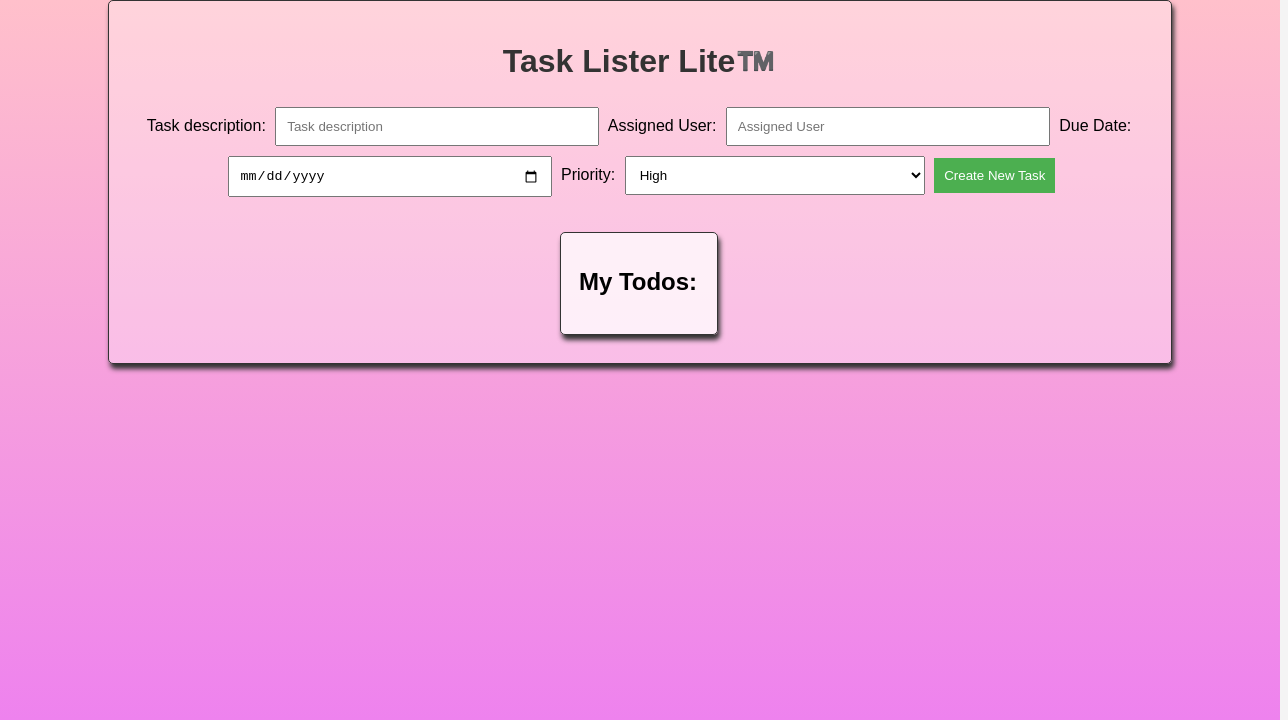
Repository: PEEZYBEE/phase-1-tasklister-mini-project
Page: index.html
The author's editor kept a copy of each file at every save. The page is drawn from the files as they stood at one save, then again after the next save.
The browser window is 1280 px wide. The page is 1280 px wide, then 1288 px, so the pictures cover 1288 px, including what lies to the right of the window. The pictures show the whole page.

Above is the page before, as saved 2025-03-15 17:46:06.

After the next save:
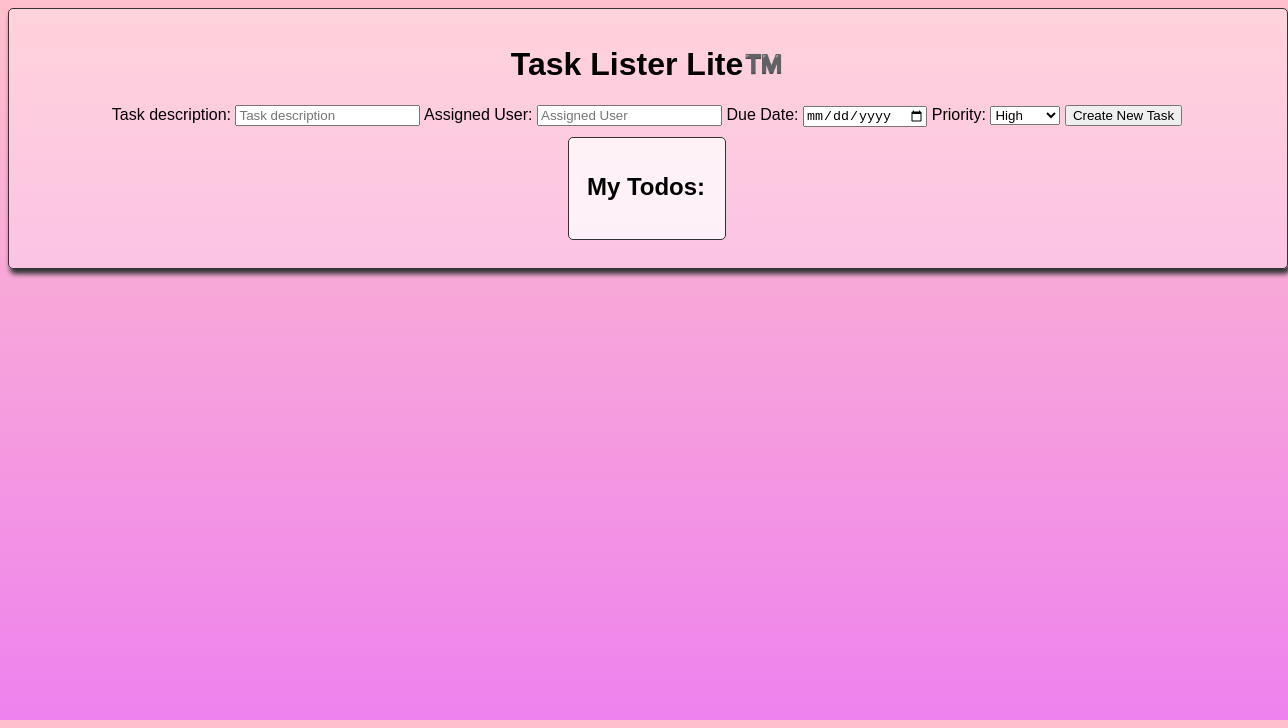
Saved 12 min 12 s later.
--- a/style.css
+++ b/style.css
@@ -33,96 +33,4 @@ button {
   background: rgba(255, 255, 255, 0.75);
   padding: 15px 20px 18px 18px;
   border-radius: 5px;
-  box-shadow: 2px 5px 5px #333;
-}
-
-/* Basic Styling for Body */
-body {
-  font-family: Arial, sans-serif;
-  background-color: #f4f4f4;
-  margin: 0;
-  padding: 0;
-}
-
-/* Main Content Container */
-#main-content {
-  width: 80%;
-  margin: 0 auto;
-  padding-top: 20px;
-  text-align: center;
-}
-
-/* Heading Styling */
-h1 {
-  color: #333;
-}
-
-/* Form Styling */
-form {
-  margin-bottom: 20px;
-}
-
-input[type="text"],
-input[type="date"],
-select {
-  padding: 10px;
-  margin: 5px;
-  width: 300px;
-}
-
-input[type="submit"] {
-  padding: 10px;
-  background-color: #4CAF50;
-  color: white;
-  border: none;
-  cursor: pointer;
-}
-
-input[type="submit"]:hover {
-  background-color: #45a049;
-}
-
-/* Task List Styling */
-#tasks {
-  list-style-type: none;
-  padding: 0;
-}
-
-li {
-  background-color: white;
-  margin: 10px 0;
-  padding: 10px;
-  border-radius: 5px;
-  display: flex;
-  justify-content: space-between;
-  align-items: center;
-  box-shadow: 0 2px 4px rgba(0, 0, 0, 0.1);
-}
-
-.delete-button {
-  background-color: #f44336;
-  color: white;
-  border: none;
-  padding: 5px 10px;
-  cursor: pointer;
-}
-
-.delete-button:hover {
-  background-color: #e53935;
-}
-
-.edit-button {
-  background-color: #ffa500;
-  color: white;
-  border: none;
-  padding: 5px 10px;
-  cursor: pointer;
-}
-
-.edit-button:hover {
-  background-color: #e68900;
-}
-
-button {
-  margin: 10px;
-}
+  box-shadow: 2px 5px 5p
